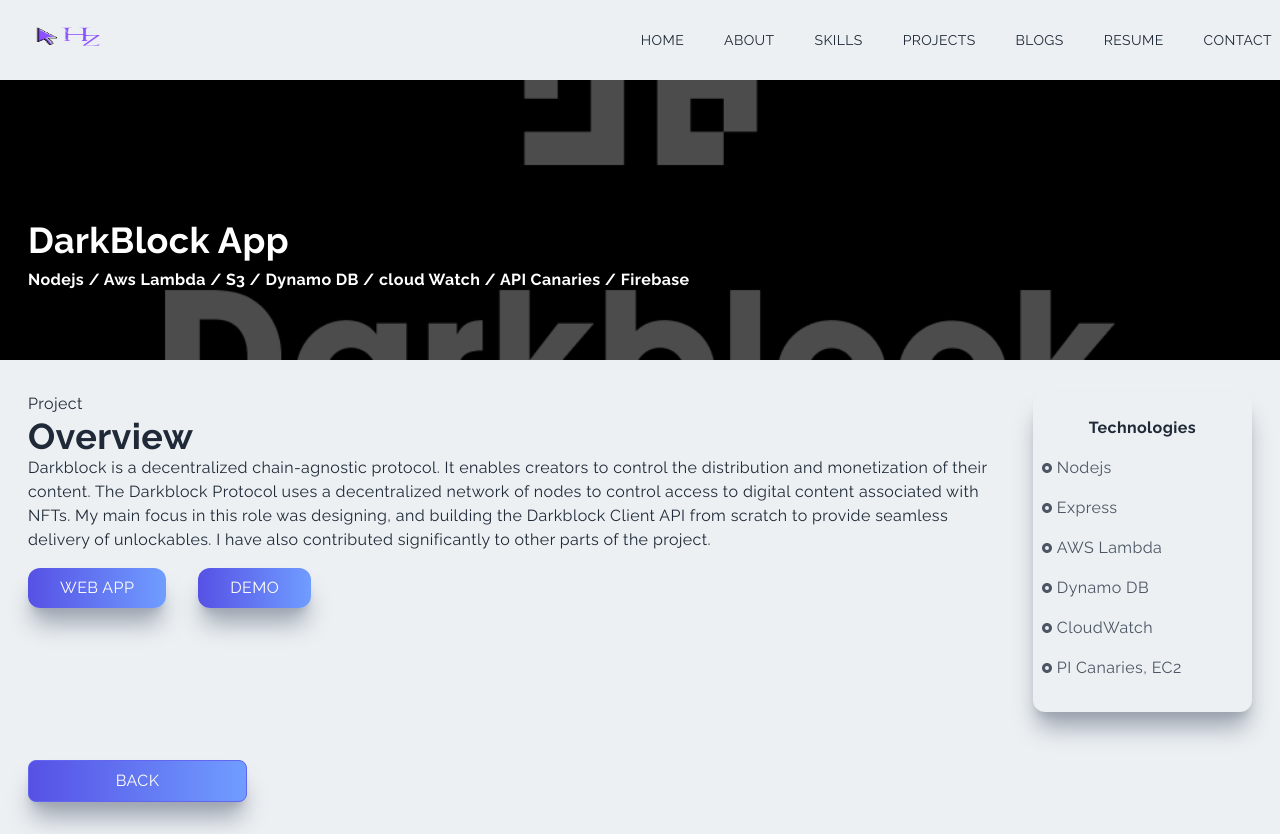
Repository: Hasnainzxc/testofolio
Page: /darkblock
An editor plug-in stored every save of this project. The page is shown before and after the next save, followed by the edit.
The browser window is 1280 px wide. The pictures show the whole page.
The project was rebuilt for these pictures with package versions that can differ from the ones it lists, and the page was loaded fresh each time. The framework's server and built-in components were replaced by stand-ins that run in the browser. Also part of the build but not shown: next.config.js.

Above is the page before, as saved 2023-01-29 06:13:49.

### pages/darkblock.jsx
import Image from 'next/image';
import React from 'react';
import darkblockImg from '../public/assets/sajidprojects/darkblock.jpg';
import { RiRadioButtonFill } from 'react-icons/ri';
import Link from 'next/link';

const darkblock = () => {
  return (
    <div className='w-full'>
      <div className='w-screen h-[50vh] relative'>
        <div className='absolute top-0 left-0 w-full h-[50vh] bg-black/70 z-10' />
        <Image
          className='absolute z-1'
          layout='fill'
          objectFit='cover'
          src={darkblockImg}
          alt='/'
        />
        <div className='absolute top-[70%] max-w-[1240px] w-full left-[50%] right-[50%] translate-x-[-50%] translate-y-[-50%] text-white z-10 p-2'>
          <h2 className='py-2'>DarkBlock App</h2>
          <h3>Nodejs / Aws Lambda / S3 / Dynamo DB / cloud Watch / API Canaries / Firebase</h3>
        </div>
      </div>

      <div className='max-w-[1240px] mx-auto p-2 grid md:grid-cols-5 gap-8 py-8'>
        <div className='col-span-4'>
          <p>Project</p>
          <h2>Overview</h2>

          <p>
Darkblock is a decentralized chain-agnostic protocol. It enables creators to control the distribution and monetization of their content.
The Darkblock Protocol uses a decentralized network of nodes to control access to digital content associated with NFTs.
My main focus in this role was designing, and building the Darkblock Client API from scratch to provide seamless delivery of unlockables.
I have also contributed significantly to other parts of the project.   </p>


          <a
            href='https://app.darkblock.io/'
            target='_blank'
            rel='noreferrer'
          >
            <button className='px-8 py-2 mt-4 mr-8'>WEB APP</button>
          </a>
          <a
            href='https://app.darkblock.io/'
            target='_blank'
            rel='noreferrer'
          >
            <button className='px-8 py-2 mt-4'>DEMO</button>
          </a>
        </div>
        <div className='col-span-4 md:col-span-1 shadow-xl shadow-gray-400 rounded-xl py-4'>
          <div className='p-2'>
            <p className='text-center font-bold pb-2'>Technologies</p>
            <div className='grid grid-cols-3 md:grid-cols-1'>
              <p className='text-gray-600 py-2 flex items-center'>
                <RiRadioButtonFill className='pr-1' /> Nodejs
              </p>
              <p className='text-gray-600 py-2 flex items-center'>
                <RiRadioButtonFill className='pr-1' /> Express
              </p>
              <p className='text-gray-600 py-2 flex items-center'>
                <RiRadioButtonFill className='pr-1' /> AWS Lambda
              </p>
              <p className='text-gray-600 py-2 flex items-center'>
                <RiRadioButtonFill className='pr-1' />  Dynamo DB
              </p>
              <p className='text-gray-600 py-2 flex items-center'>
                <RiRadioButtonFill className='pr-1' /> CloudWatch
              </p>
              <p className='text-gray-600 py-2 flex items-center'>
                <RiRadioButtonFill className='pr-1' /> PI Canaries, EC2
              </p>
            </div>
          </div>
        </div>
        <Link href='/#projects'>
  <button className='px-6 py-2 mt-4 text-white bg-indigo-500 hover:bg-indigo-600 rounded-lg border border-indigo-500 hover:border-indigo-600 transition duration-500 ease-in-out transform hover:-translate-y-1 hover:scale-110'>
    Back
  </button>
</Link>

      </div>
    </div>
  );
};

export default darkblock;

### components/Navbar.jsx
import Image from 'next/image';
import Link from 'next/link';
import React, { useState, useEffect } from 'react';
import { AiOutlineClose, AiOutlineMail, AiOutlineMenu } from 'react-icons/ai';
import { FaGithub, FaLinkedinIn } from 'react-icons/fa';
import { BsFillPersonLinesFill } from 'react-icons/bs';
// import { useRouter } from 'next/router';
import logo from '../public/assets/logo.png'

const Navbar = () => {
  const [nav, setNav] = useState(false);
  const [shadow, setShadow] = useState(false);
  const [navBg, setNavBg] = useState('#ecf0f3');
  const [linkColor, setLinkColor] = useState('#1f2937');
  // const [position, setPosition] = useState('fixed')
  // const router = useRouter();

  // useEffect(() => {
  //   if (
  //     router.asPath === '/property' ||
  //     router.asPath === '/crypto' ||
  //     router.asPath === '/netflix' ||
  //     router.asPath === '/twitch'
  //   ) {
  //     setNavBg('transparent');
  //     setLinkColor('#ecf0f3');
  //   } else {
  //     setNavBg('#ecf0f3');
  //     setLinkColor('#1f2937');
  //   }
  // }, [router]);

  const handleNav = () => {
    setNav(!nav);
  };

  useEffect(() => {
    const handleShadow = () => {
      if (window.scrollY >= 90) {
        setShadow(true);
      } else {
        setShadow(false);
      }
    };
    window.addEventListener('scroll', handleShadow);
  }, []);

  return (
    <div
      style={{ backgroundColor: `${navBg}` }}
      className={
        shadow
          ? 'fixed w-full h-20 shadow-xl z-[100] ease-in-out duration-300'
          : 'fixed w-full h-20 z-[100]'
      }
    >
      <div className='flex justify-between items-center w-full h-full px-2 2xl:px-16'>
        <Link href='/'>
          <a>
            <Image
              src={logo}
              alt='/'
              width='125'
              height='50'
              className='cursor-pointer'
            />
          </a>
        </Link>
        <div>
          <ul style={{ color: `${linkColor}` }} className='hidden md:flex'>
            <li className='ml-10 text-sm uppercase hover:border-b'>
              <Link href='/'>Home</Link>
            </li>
            <li className='ml-10 text-sm uppercase hover:border-b'>
              <Link href='/#about'>About</Link>
            </li>
            <li className='ml-10 text-sm uppercase hover:border-b'>
              <Link href='/#skills'>Skills</Link>
            </li>
            <li className='ml-10 text-sm uppercase hover:border-b'>
              <Link href='/#projects'>Projects</Link>
            </li>
            <li className='ml-10 text-sm uppercase hover:border-b'>
              <Link href='/#Blog'>Blogs</Link>
            </li>
            <li className='ml-10 text-sm uppercase hover:border-b'>
              <Link href='/resume'>Resume</Link>
            </li>
            <li className='ml-10 text-sm uppercase hover:border-b'>
              <Link href='/#contact'>Contact</Link>
            </li>
          </ul>
          {/* Hamburger Icon */}
          <div
            style={{ color: `${linkColor}` }}
            onClick={handleNav}
            className='md:hidden'
          >
            <AiOutlineMenu size={25} />
          </div>
        </div>
      </div>

      {/* Mobile Menu */}
      {/* Overlay */}
      <div
        className={
          nav ? 'md:hidden fixed left-0 top-0 w-full h-screen bg-black/70' : ''
        }
      >
        {/* Side Drawer Menu */}
        <div
          className={
            nav
              ? ' fixed left-0 top-0 w-[75%] sm:w-[60%] md:w-[45%] h-screen bg-[#ecf0f3] p-10 ease-in duration-500'
              : 'fixed left-[-100%] top-0 p-10 ease-in duration-500'
          }
        >
          <div>
            <div className='flex w-full items-center justify-between'>
              <Link href='/'>
                <a>
                  <Image
                    src={logo}
                    width='87'
                    height='35'
                    alt='/'
                  />
                </a>
              </Link>
              <div
                onClick={handleNav}
                className='rounded-full shadow-lg shadow-gray-400 p-3 cursor-pointer'
              >
                <AiOutlineClose />
              </div>
            </div>
            <div className='border-b border-gray-300 my-4'>
              <p className='w-[85%] md:w-[90%] py-4'>
                Let&#39;s build something legendary together
              </p>
            </div>
          </div>
          <div className='py-4 flex flex-col'>
            <ul className='uppercase'>
              <Link href='/'>
                <li onClick={() => setNav(false)} className='py-4 text-sm'>
                  Home
                </li>
              </Link>
              <Link href='/#about'>
                <li onClick={() => setNav(false)} className='py-4 text-sm'>
                  About
                </li>
              </Link>
              <Link href='/#skills'>
                <li onClick={() => setNav(false)} className='py-4 text-sm'>
                  Skills
                </li>
              </Link>
              <Link href='/#projects'>
                <li onClick={() => setNav(false)} className='py-4 text-sm'>
                  Projects
                </li>
              </Link>
              <Link href='/resume'>
                <li onClick={() => setNav(false)} className='py-4 text-sm'>
                  Resume
                </li>
              </Link>
              <Link href='/#contact'>
                <li onClick={() => setNav(false)} className='py-4 text-sm'>
                  Contact
                </li>
              </Link>
            </ul>
            <div className='pt-40'>
              <p className='uppercase tracking-widest text-[#5651e5]'>
                Let&#39;s Connect
              </p>
              <div className='flex items-center justify-between my-4 w-full sm:w-[80%]'>
                <a
                  href='
                  https://www.linkedin.com/in/hasnainzxc//'
                  target='_blank'
                  rel='noreferrer'
                >
                  <div className='rounded-full shadow-lg shadow-gray-400 p-3 cursor-pointer hover:scale-105 ease-in duration-300'>
                    <FaLinkedinIn />
                  </div>
                </a>
                <a
                  href='https://github.com/Hasnainzxc'
                  target='_blank'
                  rel='noreferrer'
                >
                  <div className='rounded-full shadow-lg shadow-gray-400 p-3 cursor-pointer hover:scale-105 ease-in duration-300'>
                    <FaGithub />
                  </div>
                </a>
                <Link href='/#contact'>
                  <div
                    onClick={() => setNav(!nav)}
                    className='rounded-full shadow-lg shadow-gray-400 p-3 cursor-pointer hover:scale-105 ease-in duration-300'
                  >
                    <AiOutlineMail />
                  </div>
                </Link>
                <Link href='/resume'>
                  <div
                    onClick={() => setNav(!nav)}
                    className='rounded-full shadow-lg shadow-gray-400 p-3 cursor-pointer hover:scale-105 ease-in duration-300'
                  >
                    <BsFillPersonLinesFill />
                  </div>
                </Link>
              </div>
            </div>
          </div>
        </div>
      </div>
    </div>
  );
};

export default Navbar;

Loaded but not shown: pages/_app.js (common file); pages/_document.js (common file); styles/globals.css (common file); tailwind.config.js (common file)

After the next save:
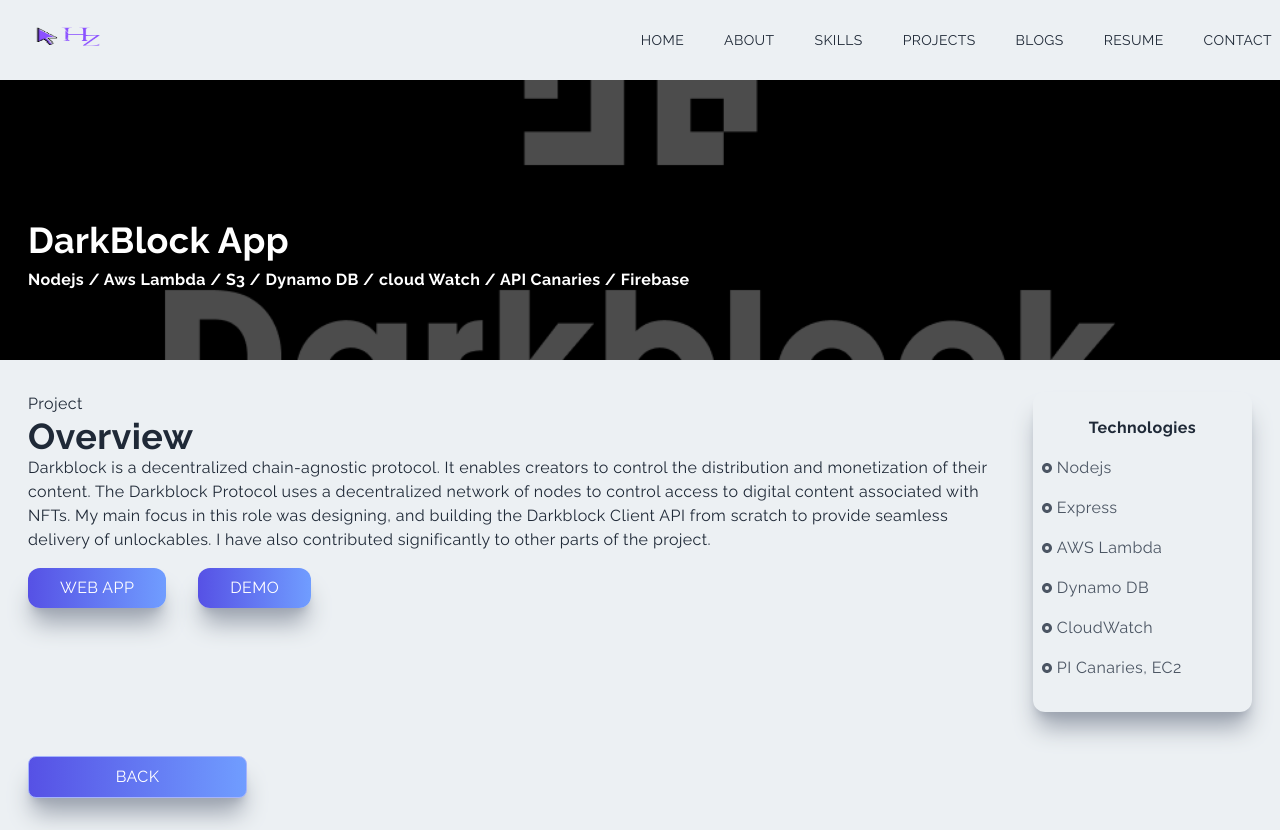
Saved 40 s later.
--- a/pages/darkblock.jsx
+++ b/pages/darkblock.jsx
@@ -75,7 +75,7 @@
           </div>
         </div>
         <Link href='/#projects'>
-  <button className='px-6 py-2 mt-4 text-white bg-indigo-500 hover:bg-indigo-600 rounded-lg border border-indigo-500 hover:border-indigo-600 transition duration-500 ease-in-out transform hover:-translate-y-1 hover:scale-110'>
+  <button className='px-4 py-2 mt-3 text-white bg-indigo-300 hover:bg-indigo-400 rounded-lg border border-indigo-300 hover:border-indigo-600 transition duration-500 ease-in-out transform hover:-translate-y-1 hover:scale-110'>
     Back
   </button>
 </Link>
